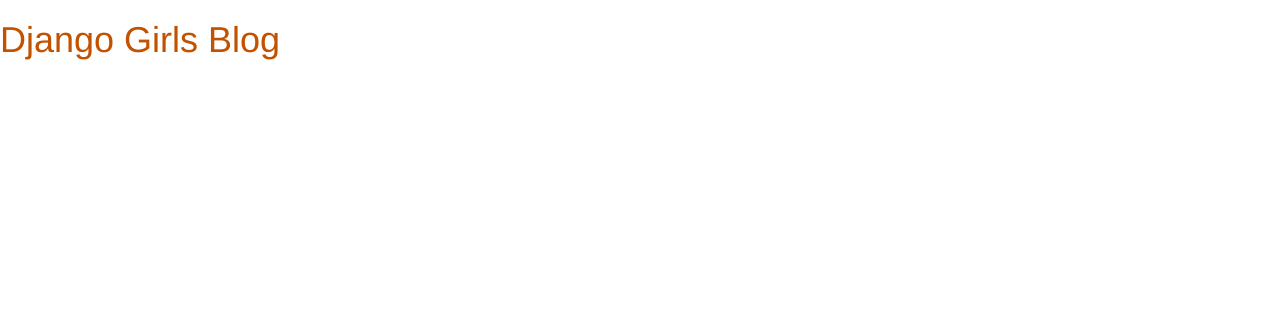
Repository: yoku-094/practice_python
Page: http://localhost/
An editor plug-in stored every save of this project. The page is shown before and after the next save, followed by the edit.
The browser window is 1280 px wide. The pictures show the whole page.
Some web libraries are served in a nearby version. The page is served by the project's application, run on Django 3.2 (manage.py). Queries for data that is not in the repository find no rows.

Above is the page before, as saved 2022-08-30 12:35:50.

After the next save:
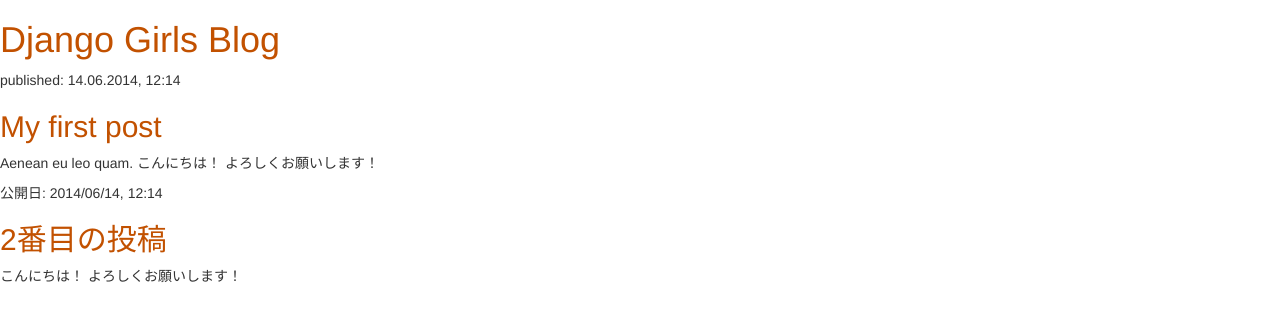
Saved 28 s later.
--- a/blog/templates/blog/post_list.html
+++ b/blog/templates/blog/post_list.html
@@ -24,5 +24,17 @@
       <p>{{ post.text|linebreaksbr }}</p>
     </div>
     {% endfor %}
+
+    <div>
+      <p>published: 14.06.2014, 12:14</p>
+      <h2><a href="">My first post</a></h2>
+      <p>Aenean eu leo quam. こんにちは！ よろしくお願いします！</p>
+    </div>
+
+    <div>
+      <p>公開日: 2014/06/14, 12:14</p>
+      <h2><a href="">2番目の投稿</a></h2>
+      <p>こんにちは！ よろしくお願いします！</p>
+    </div>
   </body>
 </html>
